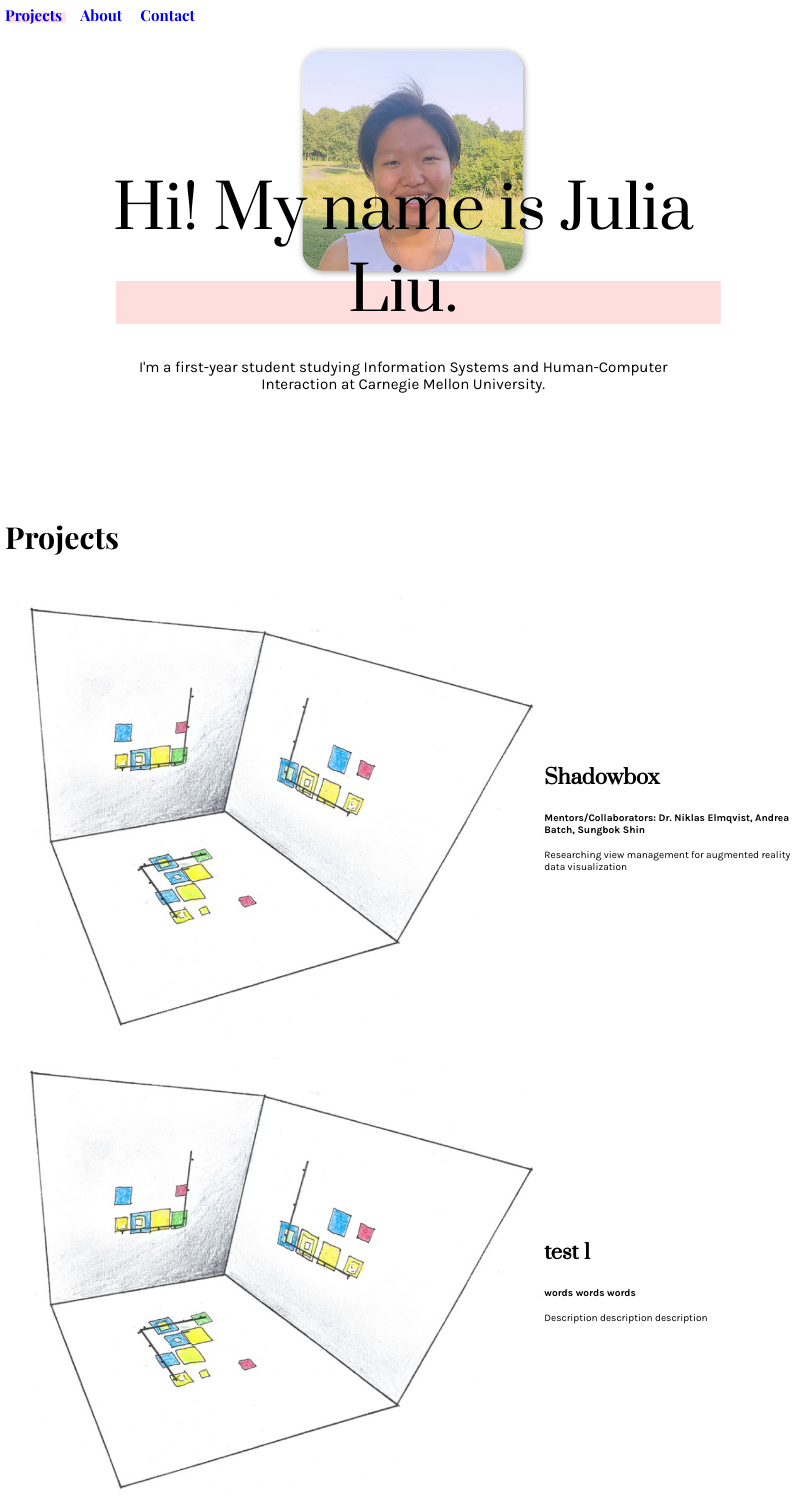
Repository: liu-julia/liu-julia.github.io
Page: index.html
An editor plug-in stored every save of this project. The page is shown before and after the next save, followed by the edit.
The browser window is 1280 px wide. The pictures show the whole page, at 63% of full size.

Above is the page before, as saved 2022-04-26 23:09:18.

After the next save:
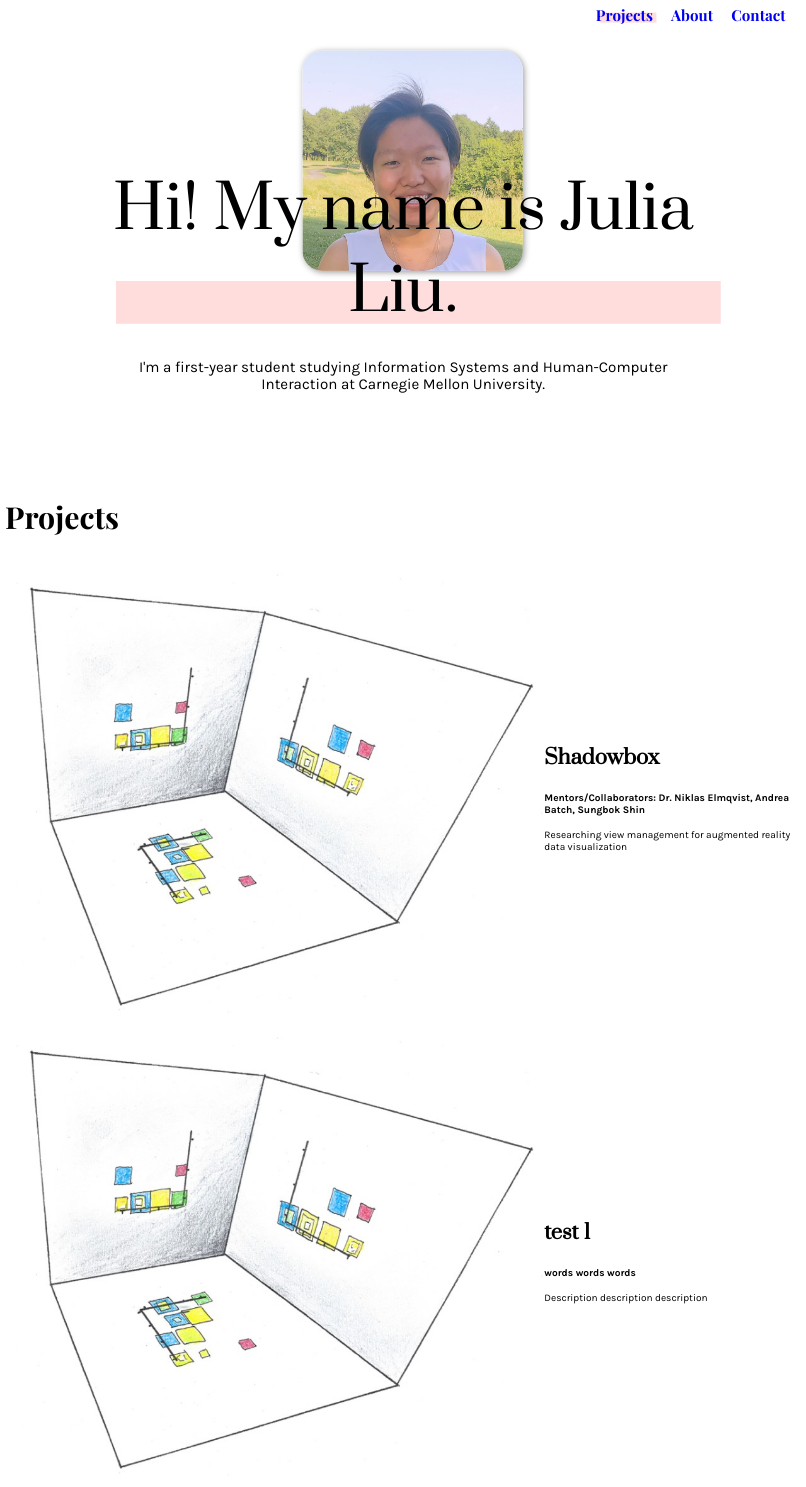
Saved 8 s later.
--- a/index.html
+++ b/index.html
@@ -13,9 +13,11 @@
 </head>
 <body>
     <header>
-        <a class="highlighted" href="index.html">Projects</a>
-        <a href="about.html">About</a>
-        <a href="contact.html">Contact</a>
+        <div id="navbar">
+            <a class="highlighted" href="index.html">Projects</a>
+            <a href="about.html">About</a>
+            <a href="contact.html">Contact</a>
+        </div>
     </header>
     <div id="content">
         <div id="top">
